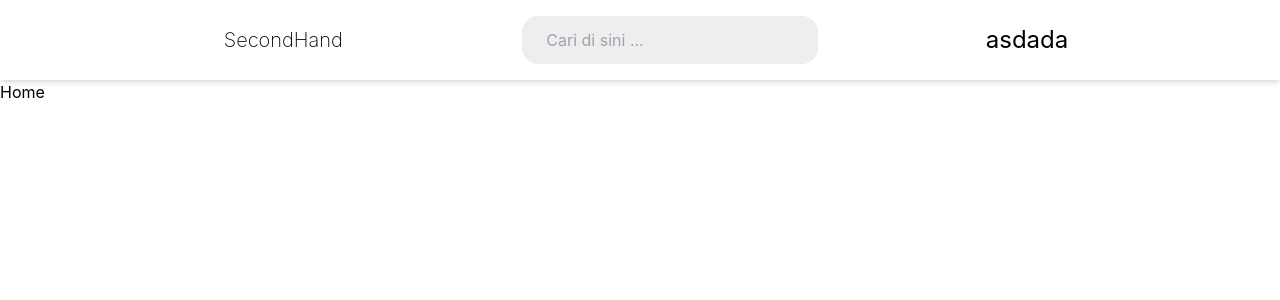
Repository: farrelmuhammad/real-estate-react
Page: /
These files come from the project's save history. The page is drawn as it stood at one moment and after the next save; the edit follows.
The browser window is 1280 px wide. The pictures show the whole page.
The project was rebuilt for these pictures with package versions that can differ from the ones it lists, and the page was loaded fresh each time. Also part of the build but not shown: src/App.css.

Above is the page before, as saved 2023-02-06 18:34:47.

### src/App.js
import logo from "./logo.svg";
import "./App.css";
import { Route, Routes } from "react-router-dom";
import Home from "./pages/Home";

function App() {
  return (
    <Routes>
      <Route exact path="/" element={<Home />} />
    </Routes>
  );
}

export default App;

### src/pages/Home.jsx
import React from 'react'
import Navbar from '../components/Navbar'

const Home = () => {
    return (
        <>
            <Navbar />
            <div>Home</div>
        </>
    )
}

export default Home

### src/components/Navbar.jsx
import React from 'react'

const Navbar = () => {
    return (
        <>
            <nav
                className="sticky top-0 w-full flex flex-wrap items-center justify-between py-4 bg-white text-black shadow-none lg:shadow-md navbar navbar-expand-lg navbar-light px-5 z-40"
            >
                <div className="container-fluid w-full flex flex-wrap items-center justify-between lg:justify-around lg:max-w-screen-lg lg:mx-auto">
                    <div className="bg-purple-5 px-3 py-2 text-xl text-black font-extralight">SecondHand</div>
                    <div className="hidden lg:flex gap-5 items-center lg:flex-grow-0">
                        <div className="h-12 bg-white rounded-2xl py-3 px-6 text-neutral-3 flex lg:bg-[#EEEEEE]">
                            <input
                                className="w-full h-full bg-transparent focus:outline-none"
                                placeholder="Cari di sini ..."
                            />
                            {/* <FiSearch className="text-2xl" /> */}
                        </div>
                    </div>


                    <div className="w-8 lg:w-auto lg:flex-grow-0">
                        <div className="lg:flex gap-4 items-center text-2xl hidden">
                            {/* <FiList /> */}
                            asdada
                        </div>
                    </div>
                </div>
            </nav>

        </>
    )
}

export default Navbar

Loaded but not shown: public/index.html (common file); src/index.js (common file); src/index.css (common file); src/reportWebVitals.js (common file); tailwind.config.js (common file)

After the next save:
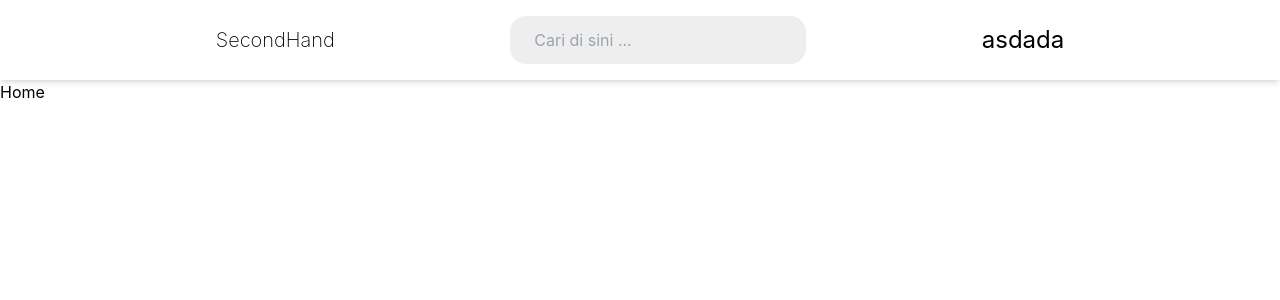
Saved 14 s later.
--- a/src/components/Navbar.jsx
+++ b/src/components/Navbar.jsx
@@ -7,7 +7,7 @@ const Navbar = () => {
                 className="sticky top-0 w-full flex flex-wrap items-center justify-between py-4 bg-white text-black shadow-none lg:shadow-md navbar navbar-expand-lg navbar-light px-5 z-40"
             >
                 <div className="container-fluid w-full flex flex-wrap items-center justify-between lg:justify-around lg:max-w-screen-lg lg:mx-auto">
-                    <div className="bg-purple-5 px-3 py-2 text-xl text-black font-extralight">SecondHand</div>
+                    <div className="bg-purple-5 py-2 text-xl text-black font-extralight">SecondHand</div>
                     <div className="hidden lg:flex gap-5 items-center lg:flex-grow-0">
                         <div className="h-12 bg-white rounded-2xl py-3 px-6 text-neutral-3 flex lg:bg-[#EEEEEE]">
                             <input
